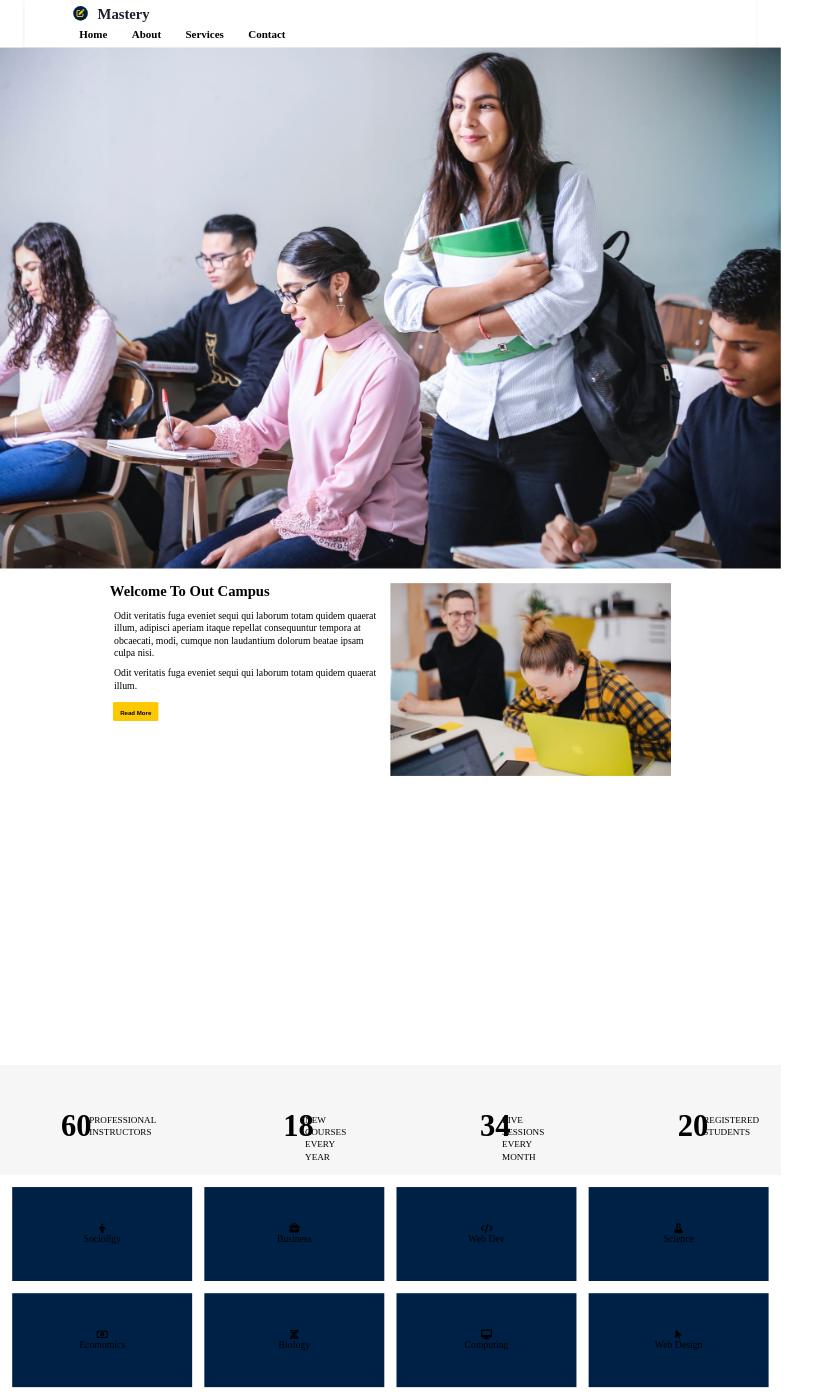
Repository: trminhphuc1504/Mastery
Page: index.html
These files come from the project's save history. The page is drawn as it stood at one moment and after the next save; the edit follows.
The browser window is 1280 px wide. The page is 1358 px wide, so the pictures cover 1358 px, including what lies to the right of the window. The pictures show the whole page, at 61% of full size.
Some web libraries are served in a nearby version.

Above is the page before, as saved 2024-08-24 13:20:37.

After the next save:
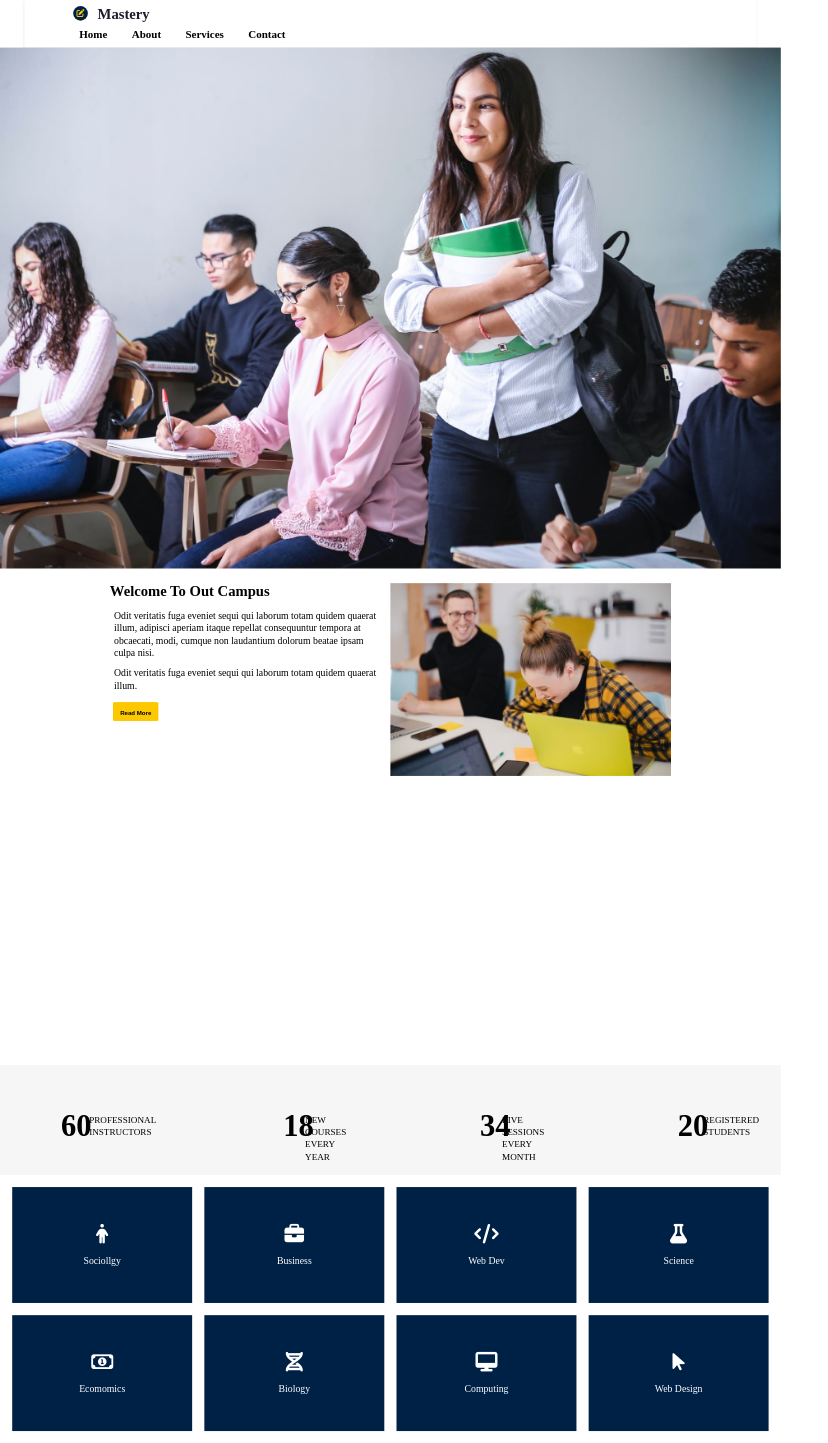
Saved 53 s later.
--- a/css/style.css
+++ b/css/style.css
@@ -211,3 +211,13 @@ header{
     justify-content: center;
     text-align: center;
 }
+
+.banner-slide p{
+    color:#fff;
+    margin-top: 20px;
+}
+
+.banner-slide i{
+    color:#fff;
+    font-size: 2rem;
+}
